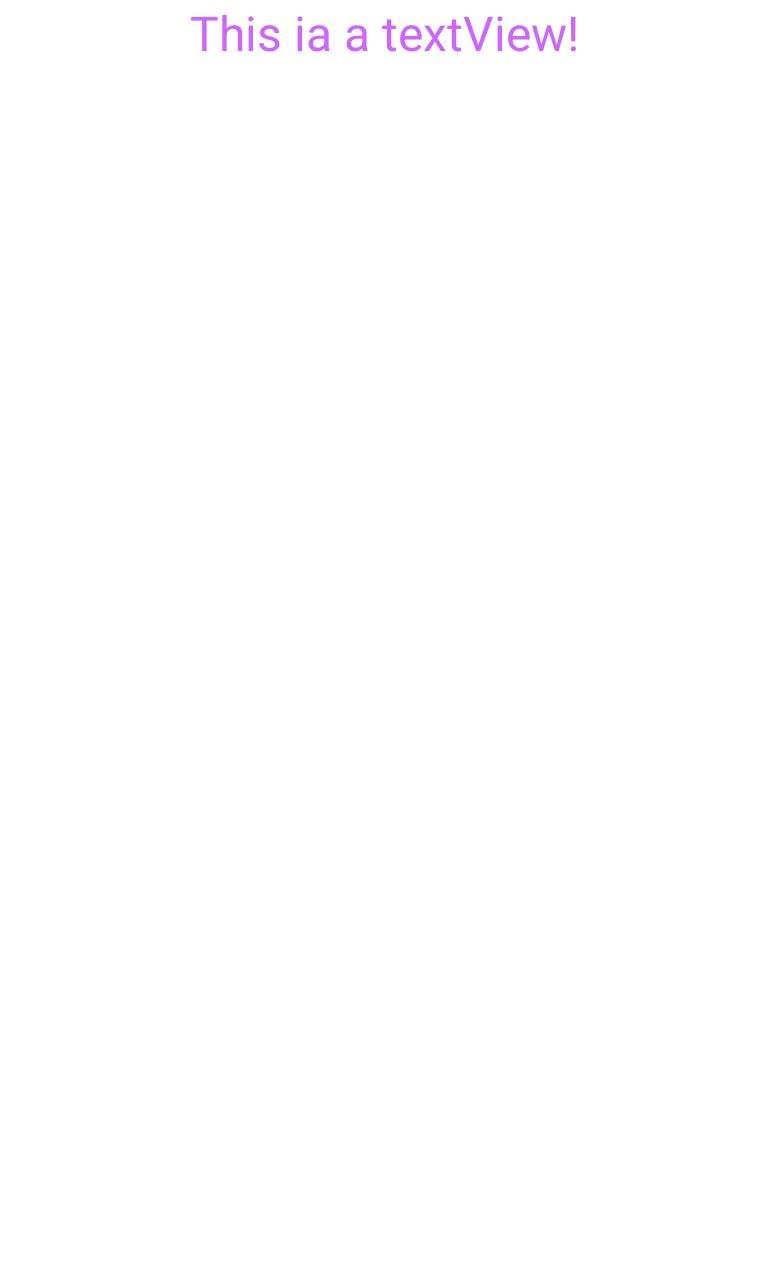
Repository: Ollyder/eclipse_work
Layout: UIWidgetTest/res/layout/activity_main.xml
These files come from the project's save history. The layout is drawn as it stood at one moment and after the next save; the edit follows.
It is drawn on a 768 x 1280 px phone screen (xhdpi) without system bars, with theme AppTheme; the app's code is not run.

Above is the layout before, as saved 2017-05-27 01:36:57.

### UIWidgetTest/res/layout/activity_main.xml
<LinearLayout xmlns:android="http://schemas.android.com/apk/res/android"
    android:layout_width="match_parent"
    android:layout_height="match_parent"
    android:orientation="vertical" >

    <TextView
        android:id="@+id/text_view"
        android:layout_width="match_parent"
        android:layout_height="wrap_content"
        android:text="This ia a textView!"
        android:gravity="center"
        android:textSize="24sp"
        android:textColor="#cc66ff"/>
</LinearLayout>

Loaded but not shown: UIWidgetTest/res/values/styles.xml (common file); UIWidgetTest/res/values-v11/styles.xml (common file); UIWidgetTest/res/values-v14/styles.xml (common file)

After the next save:
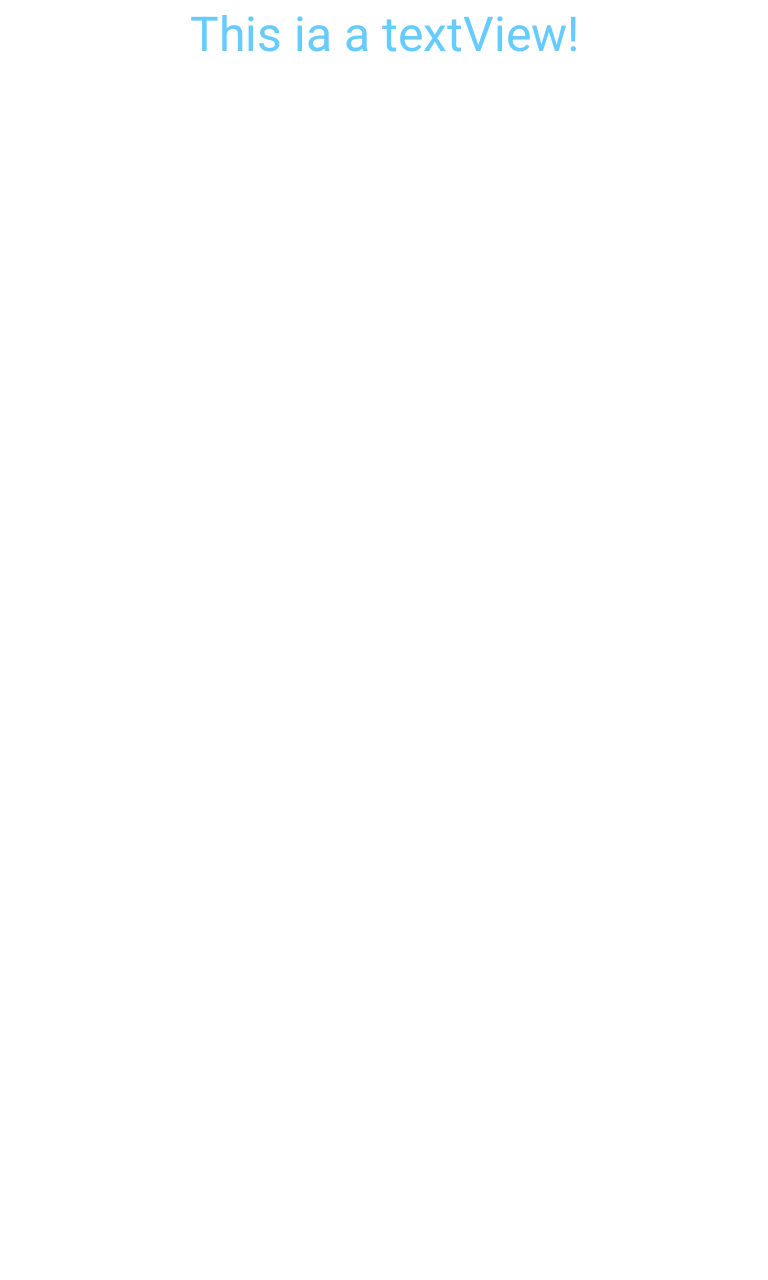
Saved 4 min 54 s later.
--- a/UIWidgetTest/res/layout/activity_main.xml
+++ b/UIWidgetTest/res/layout/activity_main.xml
@@ -10,5 +10,5 @@
         android:text="This ia a textView!"
         android:gravity="center"
         android:textSize="24sp"
-        android:textColor="#cc66ff"/>
+        android:textColor="#66ccff"/>
 </LinearLayout>
